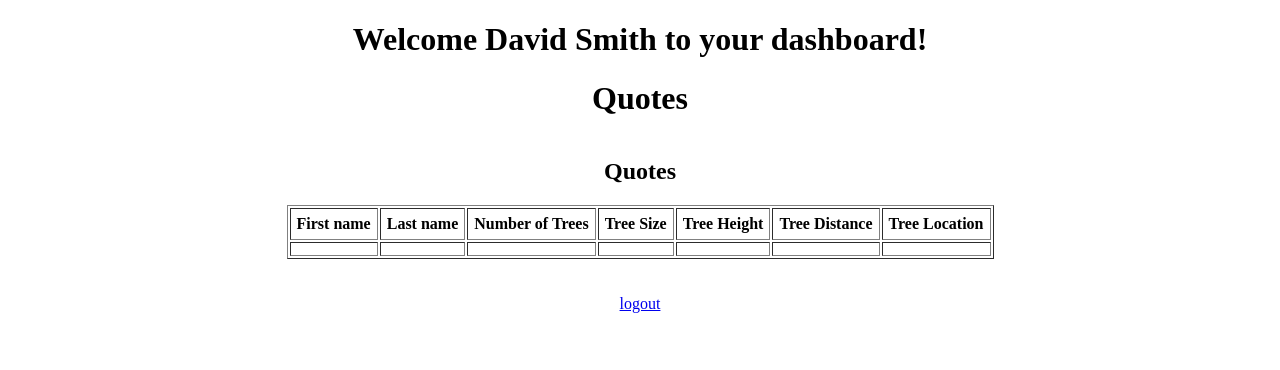
Repository: jrule5960/Tree-Cutting-Database
Page: http://localhost/database/DavidSmithView.jsp
An editor plug-in stored every save of this project. The page is shown before and after the next save, followed by the edit.
The browser window is 1280 px wide. The pictures show the whole page.
The page is served by Tomcat 9. Other server files are loaded and not shown.

Above is the page before, as saved 2023-11-06 22:23:39.

### database/WebContent/DavidSmithView.jsp
<%@ page language="java" contentType="text/html; charset=UTF-8"
    pageEncoding="UTF-8"%>
<!DOCTYPE html>
<html>
<head>
<meta charset="UTF-8">
<title>David Smith Dashboard</title>
</head>
<body>
<center>
<h1>Welcome David Smith to your dashboard!</h1>

<h1>Quotes</h1>
    <div align="center">
        <table border="1" cellpadding="6">
            <caption><h2>Quotes</h2></caption>
            <tr>
                <th>First name</th>

                <th>Last name</th>

                <th>Number of Trees</th>

                <th>Tree Size</th>

                <th>Tree Height</th>

                <th>Tree Distance</th>

                <th>Tree Location</th>
            </tr>
            <c:forEach var="users" items="${listUser}">
                <tr style="text-align:center">
                    <td><c:out value="${users.firstName}" /></td>

                    <td><c:out value="${users.lastName}" /></td>

                    <td><c:out value="${users.tree_amt}" /></td>

			        <td><c:out value="${users.tree_size}" /></td>

			        <td><c:out value="${users.tree_height}" /></td>

                    <td><c:out value="${users.tree_distance}" /></td>

                    <td><c:out value="${users.tree_location}" /></td>

            </c:forEach>
        </table>
	</div>
	</div>


<br> <br> <a href="login.jsp"target ="_self" > logout</a><br><br>

</center>
</body>
</html>

After the next save:
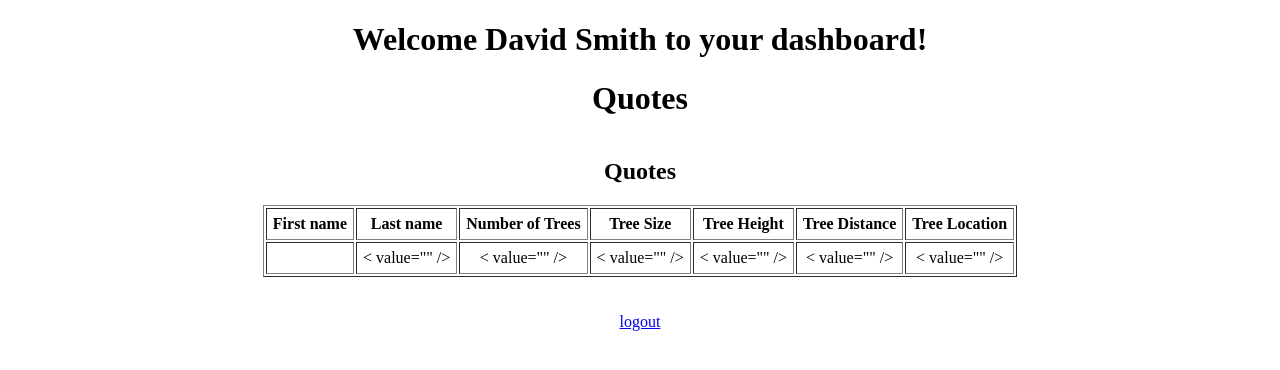
Saved 27 s later.
--- a/database/WebContent/DavidSmithView.jsp
+++ b/database/WebContent/DavidSmithView.jsp
@@ -33,17 +33,17 @@
                 <tr style="text-align:center">
                     <td><c:out value="${users.firstName}" /></td>
 
-                    <td><c:out value="${users.lastName}" /></td>
+                    <td>< value="${users.lastName}" /></td>
 
-                    <td><c:out value="${users.tree_amt}" /></td>
+                    <td>< value="${users.tree_amt}" /></td>
 
-			        <td><c:out value="${users.tree_size}" /></td>
+			        <td>< value="${users.tree_size}" /></td>
 
-			        <td><c:out value="${users.tree_height}" /></td>
+			        <td>< value="${users.tree_height}" /></td>
 
-                    <td><c:out value="${users.tree_distance}" /></td>
+                    <td>< value="${users.tree_distance}" /></td>
 
-                    <td><c:out value="${users.tree_location}" /></td>
+                    <td>< value="${users.tree_location}" /></td>
 
             </c:forEach>
         </table>

After the save that followed:
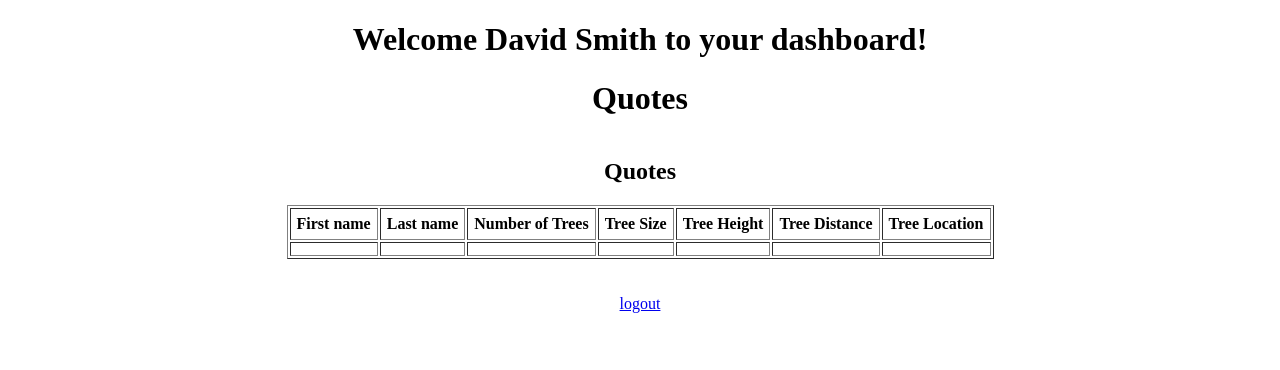
Saved 8 s later.
--- a/database/WebContent/DavidSmithView.jsp
+++ b/database/WebContent/DavidSmithView.jsp
@@ -33,17 +33,17 @@
                 <tr style="text-align:center">
                     <td><c:out value="${users.firstName}" /></td>
 
-                    <td>< value="${users.lastName}" /></td>
+                    <td><c:out value="${users.lastName}" /></td>
 
-                    <td>< value="${users.tree_amt}" /></td>
+                    <td><c:out value="${users.tree_amt}" /></td>
 
-			        <td>< value="${users.tree_size}" /></td>
+			        <td><c:out value="${users.tree_size}" /></td>
 
-			        <td>< value="${users.tree_height}" /></td>
+			        <td><c:out value="${users.tree_height}" /></td>
 
-                    <td>< value="${users.tree_distance}" /></td>
+                    <td><c:out value="${users.tree_distance}" /></td>
 
-                    <td>< value="${users.tree_location}" /></td>
+                    <td><c:out value="${users.tree_location}" /></td>
 
             </c:forEach>
         </table>
